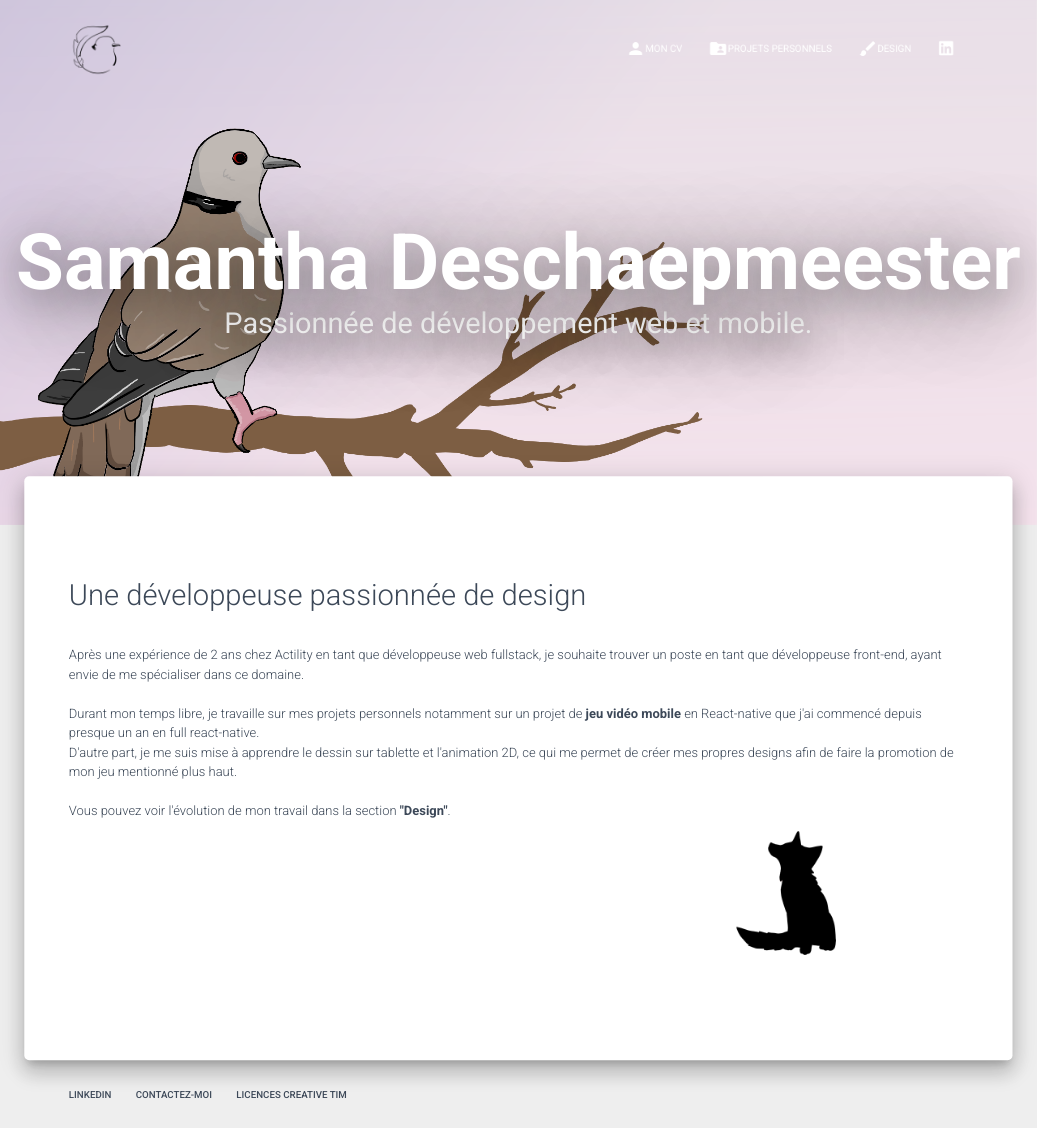
Repository: sdeschaepmeester/NewPortfolio
Page: /
An editor plug-in stored every save of this project. The page is shown before and after the next save, followed by the edit.
The browser window is 1280 px wide. The pictures show the whole page, at 81% of full size.
Some web libraries are served in a nearby version. The project was rebuilt for these pictures with package versions that can differ from the ones it lists, and the page was loaded fresh each time. Also part of the build but not shown: vue.config.js, src/views/components/NavigationSection.vue, src/views/components/SmallNavigationSection.vue, src/components/Dropdown.vue, src/components/Pagination.vue, src/components/Slider.vue, src/components/Badge.vue, src/components/cards/NavTabsCard.vue and 11 more.

Above is the page before, as saved 2022-07-08 10:17:17.

After the next save:
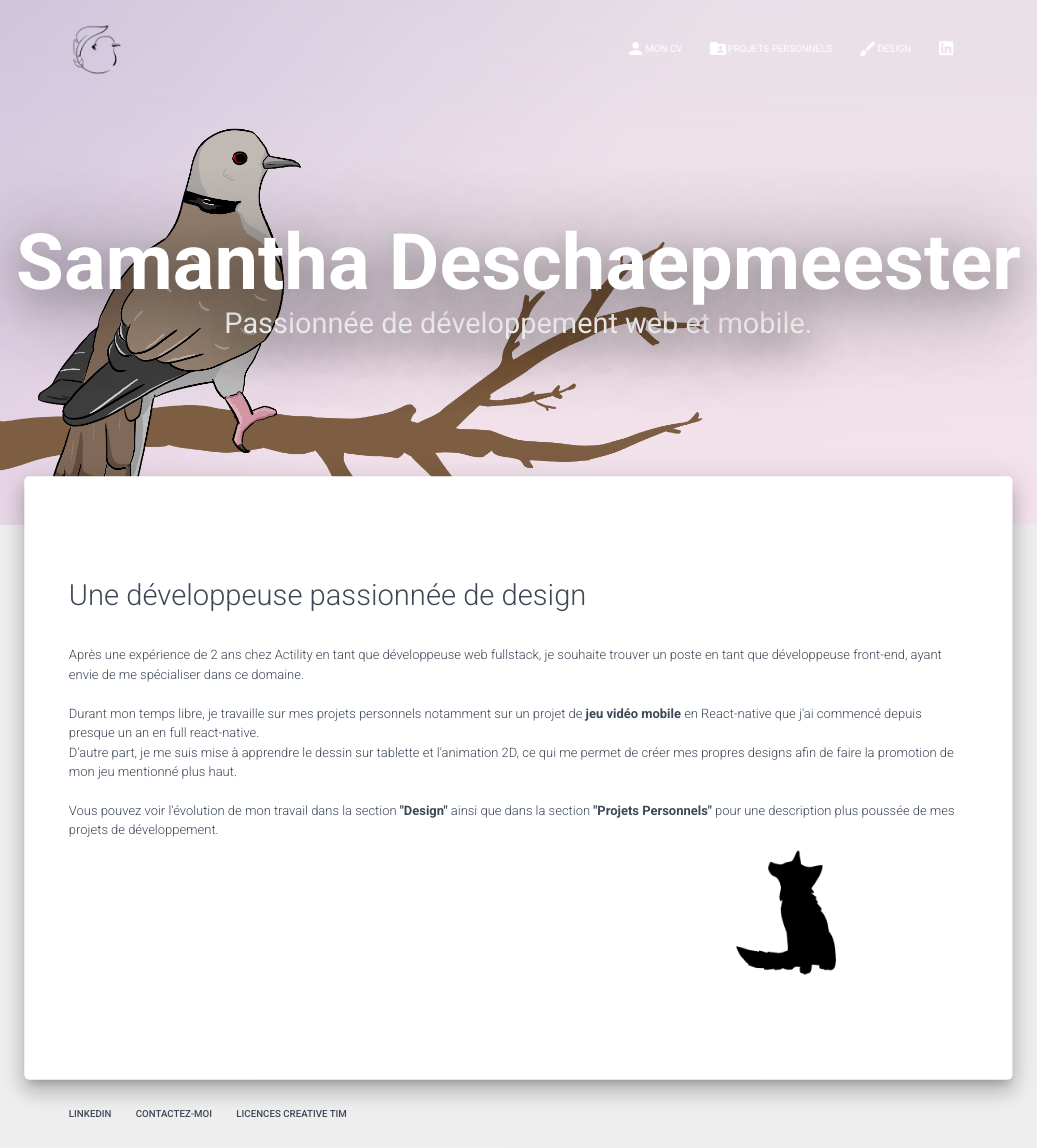
Saved 48 s later.
--- a/src/views/components/APropos.vue
+++ b/src/views/components/APropos.vue
@@ -9,7 +9,8 @@
     D'autre part, je me suis mise à apprendre le dessin sur tablette et l'animation 2D, ce qui me permet de créer mes propres designs afin de faire la promotion
      de mon jeu mentionné plus haut.
     <br/><br/>
-    Vous pouvez voir l'évolution de mon travail dans la section <span style="font-weight:bold">"Design"</span>.
+    Vous pouvez voir l'évolution de mon travail dans la section <span style="font-weight:bold">"Design"</span> ainsi que dans la section <span style="font-weight:bold">"Projets Personnels"</span> pour
+    une description plus poussée de mes projets de développement.
     <img src="../../assets/img/fox-silhouette.png" style="height: 250px; display:block; float:right" />
   </div>
 </template>
